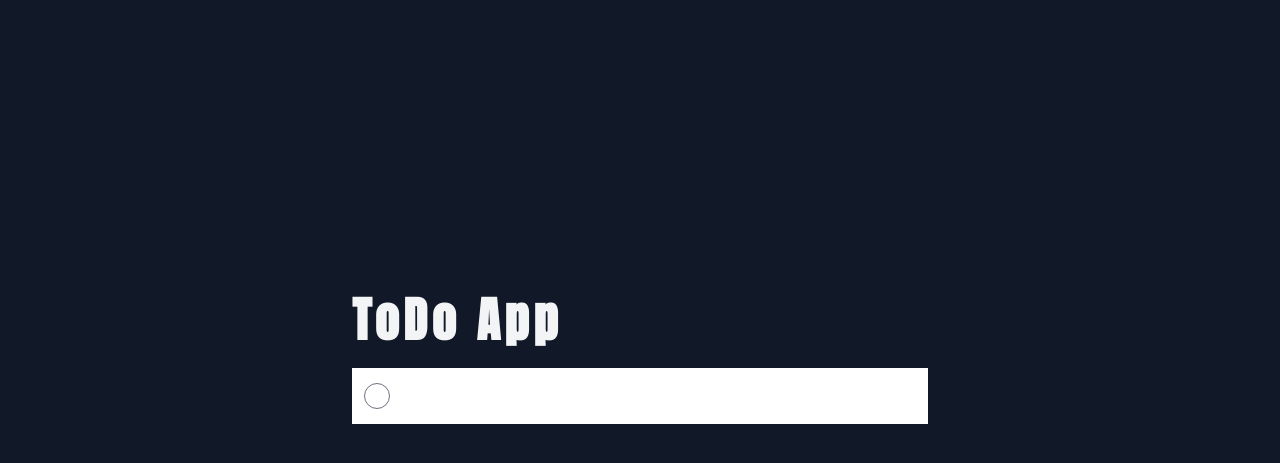
Repository: mvbri/app-todo-fullstack
Page: /
An editor plug-in stored every save of this project. The page is shown before and after the next save, followed by the edit.
The browser window is 1280 px wide. The pictures show the whole page.
The project was rebuilt for these pictures with package versions that can differ from the ones it lists, and the page was loaded fresh each time. Also part of the build but not shown: src/App.css.

Above is the page before, as saved 2023-04-09 12:30:13.

After the next save:
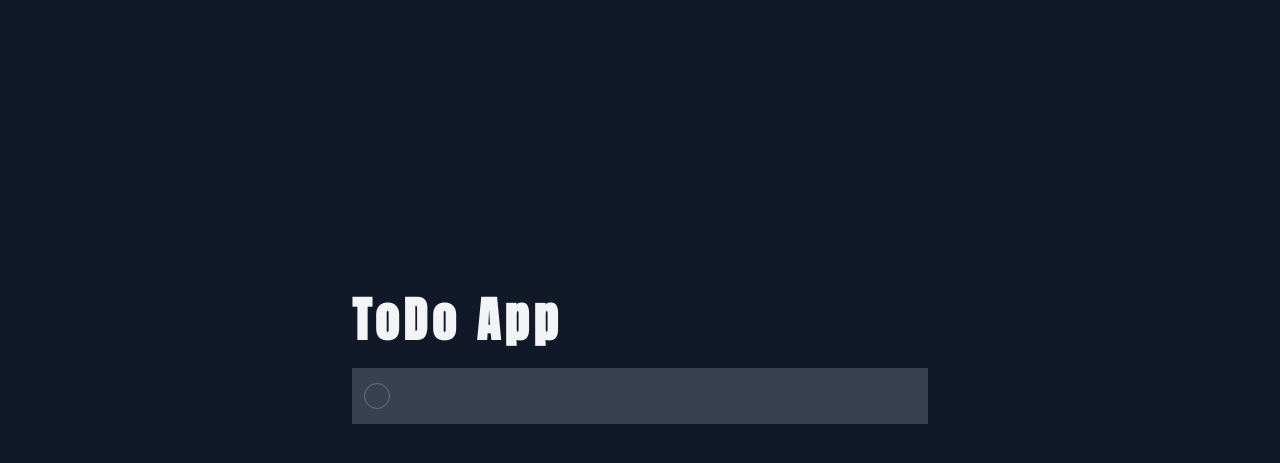
Saved 17 s later.
--- a/src/components/TodoInput.js
+++ b/src/components/TodoInput.js
@@ -8,7 +8,7 @@ function TodoInput() {
 			</div>
 			<input
 				type='text'
-				className='focus:shadow-lg font-inter focus:shadow-blue-800 pl-12 w-full py-4'
+				className='focus:shadow-lg font-inter focus:shadow-blue-800 pl-12 w-full py-4 bg-gray-700'
 			></input>
 		</div>
 	);
